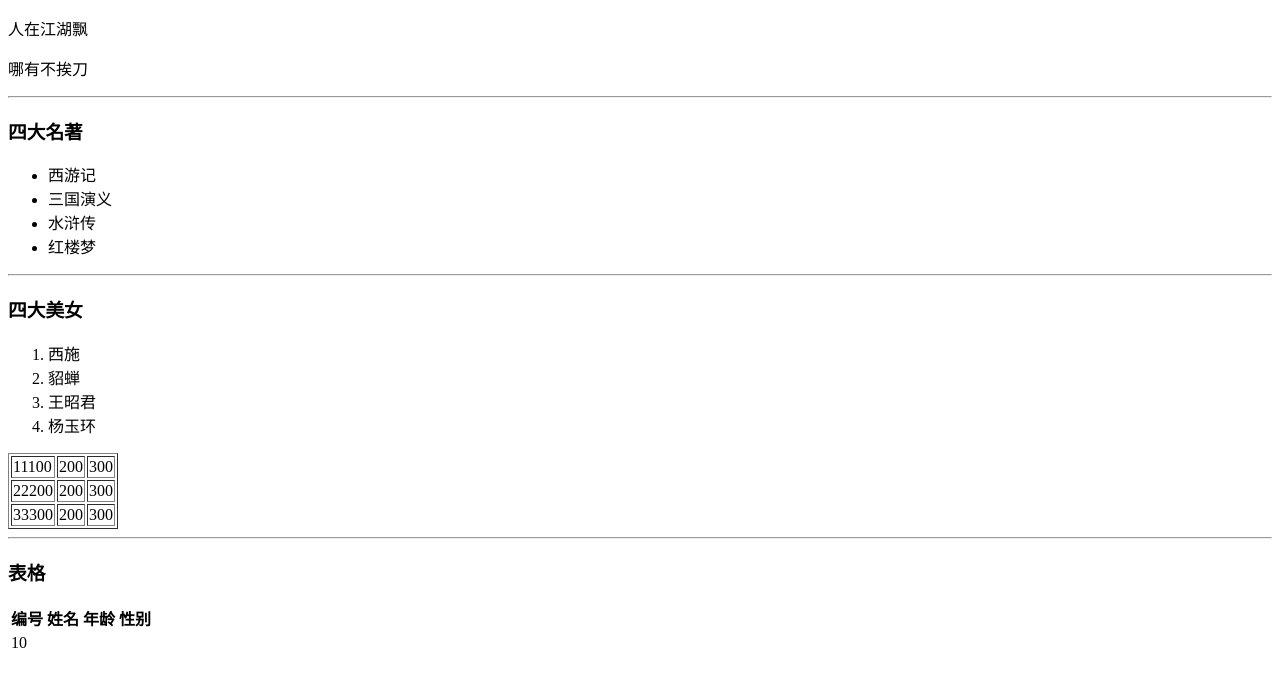
Repository: qyl1006/JavaApps
Page: workspace/html/WebContent/hello/index.html
The author's editor kept a copy of each file at every save. The page is drawn from the files as they stood at one save, then again after the next save.
The browser window is 1280 px wide. The pictures show the whole page.

Above is the page before, as saved 2018-02-07 08:12:59.

### workspace/html/WebContent/hello/index.html
<!DOCTYPE html PUBLIC "-//W3C//DTD HTML 4.01 Transitional//EN" "http://www.w3.org/TR/html4/loose.dtd">
<html>
<head>
<meta http-equiv="Content-Type" content="text/html; charset=UTF-8">
<title>Insert title here</title>
</head>
<body>
	<p>人在江湖飘</p>
	<p>哪有不挨刀</p>
	<hr />
	<h3>四大名著</h3>
	<ul>
		<li>西游记</li>
		<li>三国演义</li>
		<li>水浒传</li>
		<li>红楼梦</li>
	</ul>

	<hr />
	<h3>四大美女</h3>
	<ol>
		<li>西施</li>
		<li>貂蝉</li>
		<li>王昭君</li>
		<li>杨玉环</li>
	</ol>

	<table border="1">
		<tr>
			<td>11100</td>
			<td>200</td>
			<td>300</td>
		</tr>
		<tr>
			<td>22200</td>
			<td>200</td>
			<td>300</td>
		</tr>
		<tr>
			<td>33300</td>
			<td>200</td>
			<td>300</td>
		</tr>
	</table>

	<hr />
	<h3>表格</h3>
	<table align="left">
		<tr>
			<th>编号</th>
			<th>姓名</th>
			<th>年龄</th>
			<th>性别</th>
		</tr>
		<tr>
			<td>10</td>
		</tr>
	</table>

</body>
</html>

After the next save:
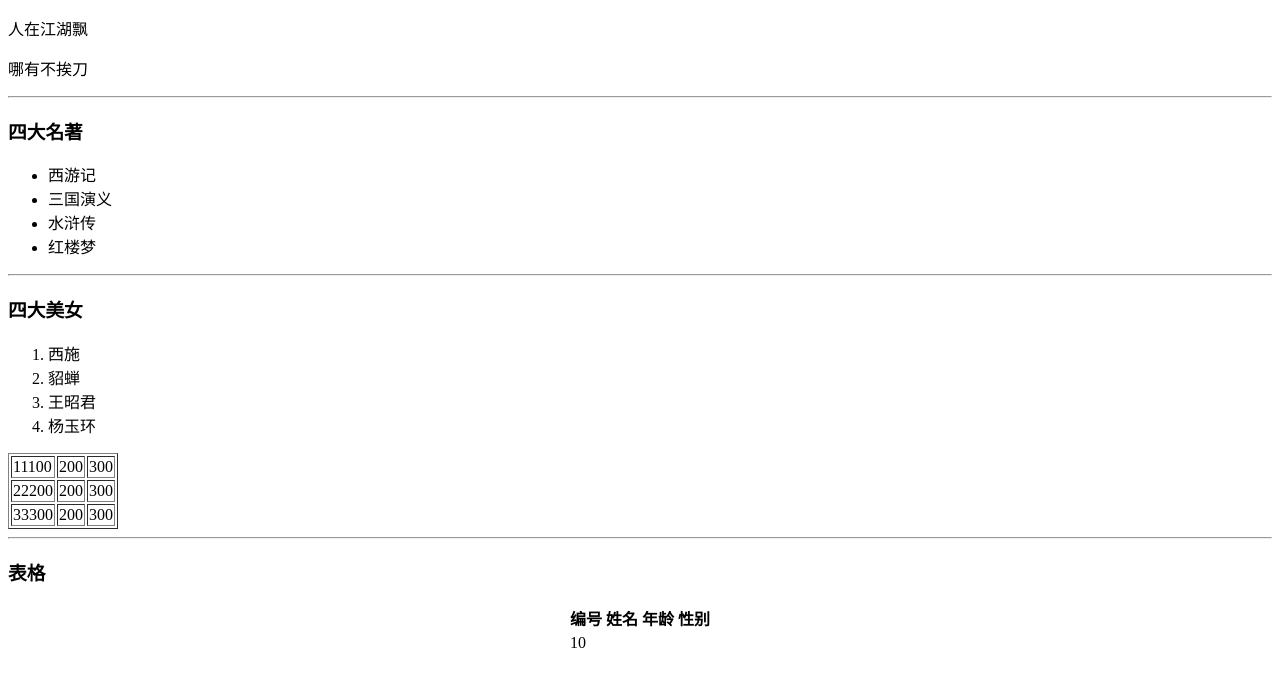
Saved 10 s later.
--- a/workspace/html/WebContent/hello/index.html
+++ b/workspace/html/WebContent/hello/index.html
@@ -45,7 +45,7 @@
 
 	<hr />
 	<h3>表格</h3>
-	<table align="left">
+	<table align="center">
 		<tr>
 			<th>编号</th>
 			<th>姓名</th>
